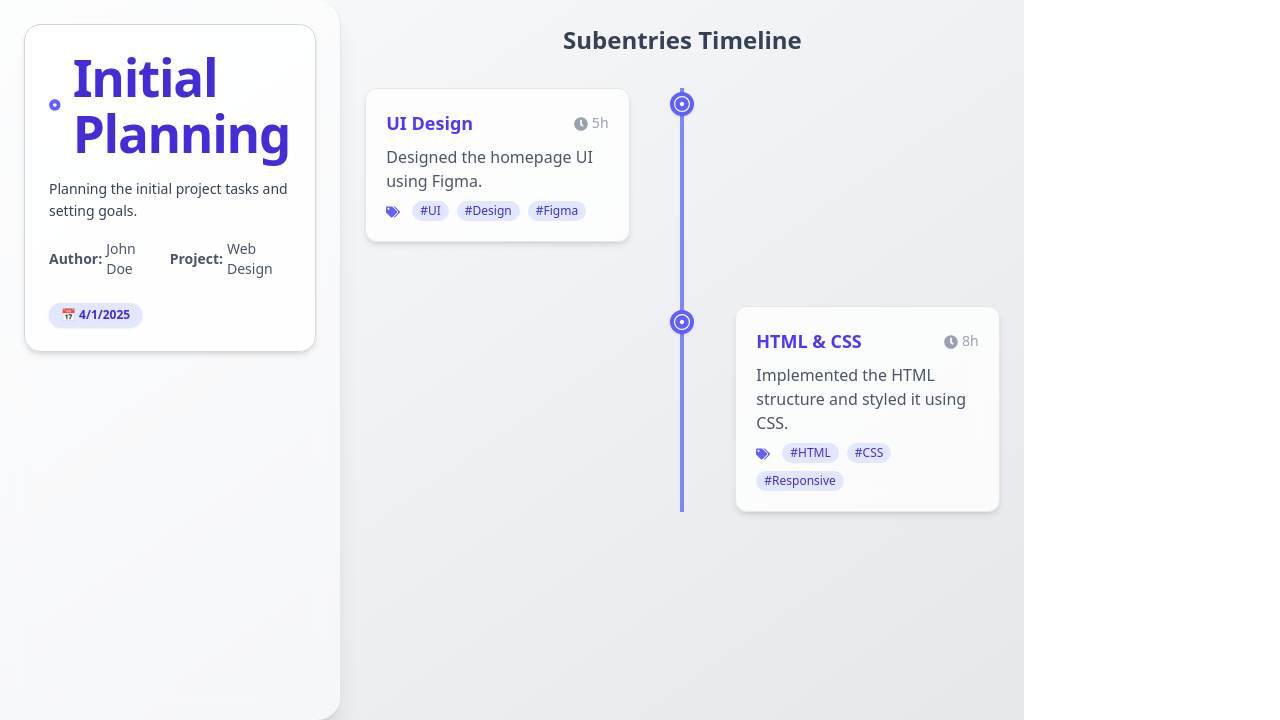
Repository: mohitagrawal0412/Workify
Page: /entryDetails (app in client/)
An editor plug-in stored every save of this project. The page is shown before and after the next save, followed by the edit.
The browser window is 1280 px wide. The pictures show the whole page.
The project was rebuilt for these pictures with package versions that can differ from the ones it lists, and the page was loaded fresh each time. Also part of the build but not shown: client/vite.config.js, client/src/Components/Dashboard/Dashboard.jsx, client/src/Components/Dashboard/AllProjects.jsx, client/src/Components/Dashboard/ProjectDetails.jsx, client/src/Components/Dashboard/SubEntryDetails.jsx.

Above is the page before, as saved 2025-04-15 12:30:59.

### client/src/App.jsx
import './App.css';
import { BrowserRouter as Router, Routes, Route } from 'react-router-dom';
import Dashboard from './Components/Dashboard/Dashboard';
import AllProjects from './Components/Dashboard/AllProjects'; // adjust path as needed
import ProjectDetails from './Components/Dashboard/ProjectDetails'; // Add this import for the project details page
import EntryDetails from './Components/Dashboard/EntryDetails'; // Add this import for the entry details page
import SubEntryDetails from './Components/Dashboard/SubEntryDetails';

function App() {
  return (
    <Router>
      <Routes>
        {/* Route for Dashboard */}
        <Route path="/" element={<Dashboard />} />

        {/* Route for All Projects */}
        <Route path="/projects" element={<AllProjects />} />

        {/* Route for Project Details, assuming we are passing projectId */}
        <Route path="/projectDetails" element={<ProjectDetails />} />

        {/* Route for Entry Details, assuming we are passing entryId */}
        <Route path="/entryDetails" element={<EntryDetails />} />

        {/* Route for Entry Details, assuming we are passing entryId */}
        <Route path="/SubEntryDetails" element={<SubEntryDetails />} />
      </Routes>
    </Router>
  );
}

export default App;

### client/src/Components/Dashboard/EntryDetails.jsx
import React from "react";
import { useNavigate } from "react-router-dom";
import {
    FaDotCircle,
    FaClock,
    FaTags
} from "react-icons/fa";

const EntryDetails = () => {
    const navigate = useNavigate();

    const handleEntryClick = (subentry) => {
        navigate("/subEntryDetails", { state: { subentry } });
    };

    const entry = {
        title: "Initial Planning",
        description: "Planning the initial project tasks and setting goals.",
        date: "2025-04-01",
        subentries: [
            {
                workTitle: "UI Design",
                description: "Designed the homepage UI using Figma.",
                whatLearned: "Learned Figma and design principles for web.",
                tags: ["UI", "Design", "Figma"],
                notes: "Worked with the design team to finalize UI components.",
                attachments: ["https://figma.com/design-url", "homepage_mockup.png"],
                spentTime: 5,
            },
            {
                workTitle: "HTML & CSS",
                description: "Implemented the HTML structure and styled it using CSS.",
                whatLearned: "Improved HTML and CSS skills, including responsive design.",
                tags: ["HTML", "CSS", "Responsive"],
                notes: "Ensured compatibility across different browsers.",
                attachments: ["html_code_snippet.txt", "css_code_snippet.css"],
                spentTime: 8,
            },
        ],
    };

    return (
        <div className="h-screen flex overflow-hidden bg-gradient-to-br from-gray-50 to-gray-200">
            {/* Left Panel */}
            <div className="w-full lg:w-1/3 sticky top-0 h-screen overflow-y-auto p-6 bg-white/50 backdrop-blur-md border-r border-gray-200 shadow-xl rounded-r-3xl transition-all duration-500 ease-in-out">
                <div className="p-6 bg-white/80 border border-gray-300 rounded-2xl shadow-md">
                    {/* Title with Icon */}
                    <div className="flex items-center gap-3 mb-4">
                        <FaDotCircle className="text-indigo-500 text-xl" />
                        <h1 className="text-3xl font-extrabold text-indigo-700 tracking-tight">
                            {entry.title}
                        </h1>
                    </div>

                    {/* Description */}
                    <p className="text-gray-700 mb-4 text-sm leading-relaxed">
                        {entry.description}
                    </p>

                    {/* Author / Project Meta */}
                    <div className="flex items-center gap-4 text-sm text-gray-600 mt-4">
                        <div className="flex items-center gap-1">
                            <span className="font-semibold">Author:</span> John Doe
                        </div>
                        <div className="flex items-center gap-1">
                            <span className="font-semibold">Project:</span> Web Design
                        </div>
                    </div>

                    {/* Date Badge */}
                    <div className="mt-6 flex items-center gap-2">
                        <span className="inline-block px-3 py-1 bg-indigo-100 text-indigo-700 text-xs font-semibold rounded-full shadow-sm">
                            📅 {new Date(entry.date).toLocaleDateString()}
                        </span>
                    </div>
                </div>
            </div>


            {/* Right Panel */}
            <div className="w-2/3 p-6 overflow-y-auto h-screen">
                <h2 className="text-2xl font-semibold text-gray-700 mb-8 text-center">
                    Subentries Timeline
                </h2>

                <div className="relative">
                    {/* Vertical line */}
                    <div className="absolute left-1/2 transform -translate-x-1/2 h-full border-l-4 border-indigo-400"></div>

                    <div className="space-y-16">
                        {entry.subentries.map((sub, index) => {
                            const isLeft = index % 2 === 0;
                            return (
                                <div
                                    key={index}
                                    className={`relative flex ${isLeft ? "justify-start" : "justify-end"} w-full`}
                                    onClick={() => handleEntryClick(sub)}
                                >
                                    {/* Timeline Dot */}
                                    <div className="absolute top-1 left-1/2 transform -translate-x-1/2 z-10">
                                        <div className="w-6 h-6 bg-white border-4 border-indigo-500 rounded-full flex items-center justify-center shadow">
                                            <FaDotCircle className="text-indigo-500 text-sm" />
                                        </div>
                                    </div>

                                    {/* Card */}
                                    <div
                                        className={`w-5/12 p-5 bg-white/80 backdrop-blur-md border border-gray-200 rounded-xl shadow-md hover:shadow-xl transition-all duration-300 cursor-pointer ${isLeft ? "mr-auto" : "ml-auto"
                                            }`}
                                    >
                                        <div className="flex justify-between items-center mb-2">
                                            <h3 className="text-lg font-semibold text-indigo-600">
                                                {sub.workTitle}
                                            </h3>
                                            <span className="text-sm text-gray-400">
                                                <FaClock className="inline mr-1" />
                                                {sub.spentTime}h
                                            </span>
                                        </div>

                                        <p className="text-gray-600 mb-2">{sub.description}</p>

                                        {sub.tags?.length > 0 && (
                                            <div className="text-sm text-gray-700 flex flex-wrap gap-2">
                                                <FaTags className="text-indigo-500 mt-1 mr-1" />
                                                {sub.tags.map((tag, i) => (
                                                    <span
                                                        key={i}
                                                        className="bg-indigo-100 text-indigo-700 px-2 py-0.5 rounded-full text-xs"
                                                    >
                                                        #{tag}
                                                    </span>
                                                ))}
                                            </div>
                                        )}
                                    </div>
                                </div>
                            );
                        })}
                    </div>
                </div>
            </div>
        </div>
    );
};

export default EntryDetails;

Loaded but not shown: client/index.html (common file); client/src/main.jsx (common file); client/src/index.css (common file); client/src/App.css (common file)

After the next save:
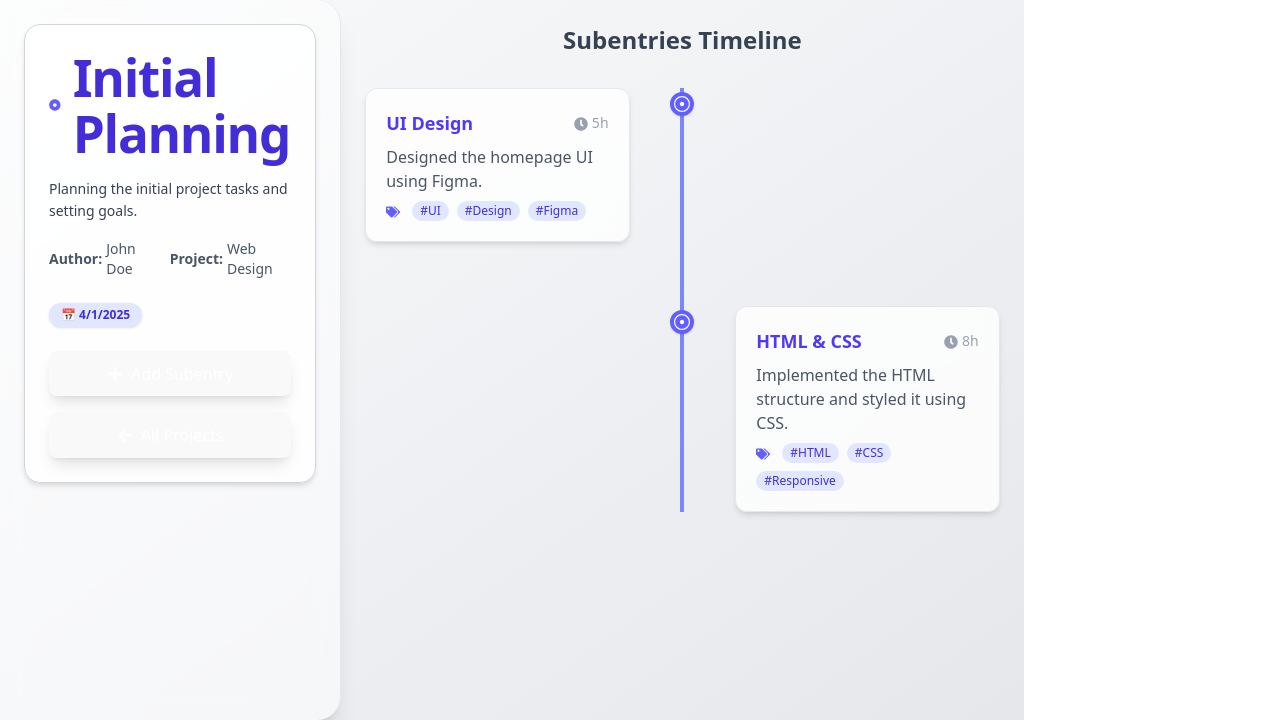
Saved 4 min 23 s later.
--- a/client/src/Components/Dashboard/EntryDetails.jsx
+++ b/client/src/Components/Dashboard/EntryDetails.jsx
@@ -3,7 +3,9 @@ import { useNavigate } from "react-router-dom";
 import {
     FaDotCircle,
     FaClock,
-    FaTags
+    FaTags,
+    FaPlus,
+    FaArrowLeft
 } from "react-icons/fa";
 
 const EntryDetails = () => {
@@ -11,6 +13,16 @@ const EntryDetails = () => {
 
     const handleEntryClick = (subentry) => {
         navigate("/subEntryDetails", { state: { subentry } });
+    };
+
+    const handleAddSubentry = () => {
+        // Logic to navigate to the page where you can add a new subentry
+        navigate("/addSubentry"); // Update the path based on your routing structure
+    };
+
+    const handleGoToAllProjects = () => {
+        // Navigate back to the all projects page
+        navigate("/projects"); // Update this based on your routing structure
     };
 
     const entry = {
@@ -73,9 +85,26 @@ const EntryDetails = () => {
                             📅 {new Date(entry.date).toLocaleDateString()}
                         </span>
                     </div>
+
+                    {/* Buttons */}
+                    <div className="mt-6 flex flex-col gap-4">
+                        <button
+                            onClick={handleAddSubentry}
+                            className="w-full flex items-center justify-center gap-2 bg-indigo-600 text-white rounded-lg p-2 shadow-lg hover:bg-indigo-700 transition duration-300"
+                        >
+                            <FaPlus className="text-white" />
+                            Add Subentry
+                        </button>
+                        <button
+                            onClick={handleGoToAllProjects}
+                            className="w-full flex items-center justify-center gap-2 bg-gray-600 text-white rounded-lg p-2 shadow-lg hover:bg-gray-700 transition duration-300"
+                        >
+                            <FaArrowLeft className="text-white" />
+                            All Projects
+                        </button>
+                    </div>
                 </div>
             </div>
-
 
             {/* Right Panel */}
             <div className="w-2/3 p-6 overflow-y-auto h-screen">
